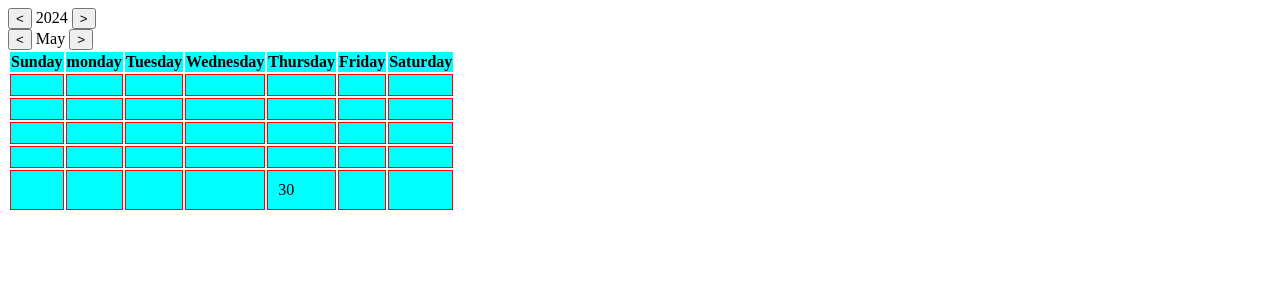
Repository: fateme81yosefi/calendar
Page: index.html
The author's editor kept a copy of each file at every save. The page is drawn from the files as they stood at one save, then again after the next save.
The browser window is 1280 px wide. The pictures show the whole page.

Above is the page before, as saved 2024-05-30 14:15:25.

### index.html
<!DOCTYPE html>

<html>

<head>
  <title>calendar</title>
  <link rel="icon" type="image/x-icon" href="/images/fav.png">
  <link rel="stylesheet" href="styles.css">

</head>

<body>

  <div class="container-calendar">
    <div class="contain-year">
      <button>
        < </button>
          <span  id="year"></span>
          <button> > </button>

    </div>
    <div class="contain-month">
      <button>
        < </button>
          <span id="month"></span>
          <button>></button>

    </div>
    <table>
      <tr>
        <th>Sunday</th>
        <th>monday</th>
        <th>Tuesday</th>
        <th>Wednesday </th>
        <th>Thursday</th>
        <th>Friday</th>
        <th>Saturday</th>
      </tr>

      <tr>
        <td id="1-1"> </td>
        <td id="1-2"> </td>
        <td id="1-3"> </td>
        <td id="1-4"> </td>
        <td id="1-5"> </td>
        <td id="1-6"> </td>
        <td id="1-7"> </td>
      </tr>

      <tr>
        <td id="2-1"> </td>
        <td id="2-2"> </td>
        <td id="2-3"> </td>
        <td id="2-4"> </td>
        <td id="2-5"> </td>
        <td id="2-6"> </td>
        <td id="2-7"> </td>
      </tr>

      <tr>
        <td id="3-1"> </td>
        <td id="3-2"> </td>
        <td id="3-3"> </td>
        <td id="3-4"> </td>
        <td id="3-5"> </td>
        <td id="3-6"> </td>
        <td id="3-7"> </td>
      </tr>

      <tr>
        <td id="4-1"> </td>
        <td id="4-2"> </td>
        <td id="4-3"> </td>
        <td id="4-4"> </td>
        <td id="4-5"> </td>
        <td id="4-6"> </td>
        <td id="4-7"> </td>
      </tr>

      <tr>
        <td id="5-1"> </td>
        <td id="5-2"> </td>
        <td id="5-3"> </td>
        <td id="5-4"> </td>
        <td id="5-5"> </td>
        <td id="5-6"> </td>
        <td id="5-7"> </td>
      </tr>
    </table>
  </div>



  <script src="/scripts.js"></script>

</body>

</html>

### styles.css
tr{
    background-color: aqua;
    border: 1px solid red;
    padding: 10px;
    margin: 2px;
}
td{
    background-color: aqua;
    border: 1px solid red;
    padding: 10px;
    margin: 2px;
}

### scripts.js
const d = new Date();
m = d.getMonth()
y = d.getFullYear()
day = d.getDate()
weekday = d.getDay()
weekday++




function calculator(m , y , day , weekday) {


    document.getElementById("year").innerHTML = y

    switch(m+1){
        case 1: b = "January";
            break;
        case 2: b = "February";
            break;
        case 3: b = "March";
            break;
        case 4: b = "April";
            break;
        case 5: b = "May";
            break;
        case 6: b = "June";
            break;
        case 7: b = "July";
            break;
        case 8: b = "August";
            break;
        case 9: b = "September";
            break;
        case 10: b = "October";
            break;
        case 11: b = "November";
            break;
        case 12: b = "December";
            break;
        }

    document.getElementById("month").innerHTML = b

    // weekday = #column
    if (day <= 7 ) {
        x = "1-" + weekday
        document.getElementById(x).innerHTML = day
    } else if (day <= 14) {
        x = "2-" + weekday
        document.getElementById(x).innerHTML = day
    } else if (day <= 21) {
        x = "3-" + weekday
        document.getElementById(x).innerHTML = day
    } else if (day <= 28) {
        x = "4-" + weekday
        document.getElementById(x).innerHTML = day
    }else if (day >= 29) {
        x = "5-" + weekday
        document.getElementById(x).innerHTML = day
    }


}

calculator(m , y , day , weekday)

After the next save:
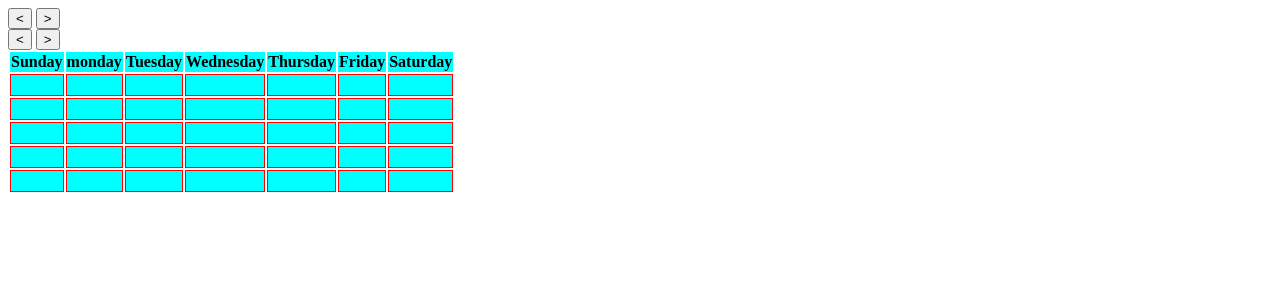
Console error: ReferenceError: functio is not defined
Saved 15 s later.
--- a/scripts.js
+++ b/scripts.js
@@ -5,7 +5,7 @@
 weekday = d.getDay()
 weekday++
 
-
+functio
 
 
 function calculator(m , y , day , weekday) {

After the 3 saves that followed:
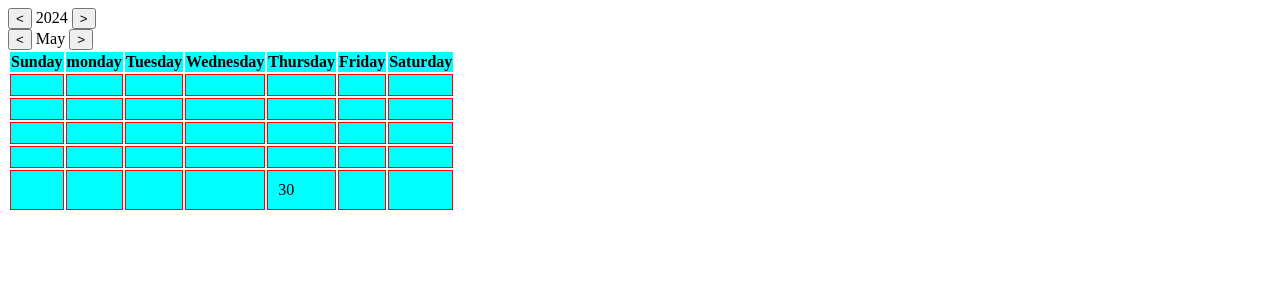
The error is gone.
The 3 saves are shown as one change because they came seconds apart.
The last was saved 10 s later.
--- a/scripts.js
+++ b/scripts.js
@@ -5,7 +5,9 @@
 weekday = d.getDay()
 weekday++
 
-functio
+function fill(){
+
+}
 
 
 function calculator(m , y , day , weekday) {
